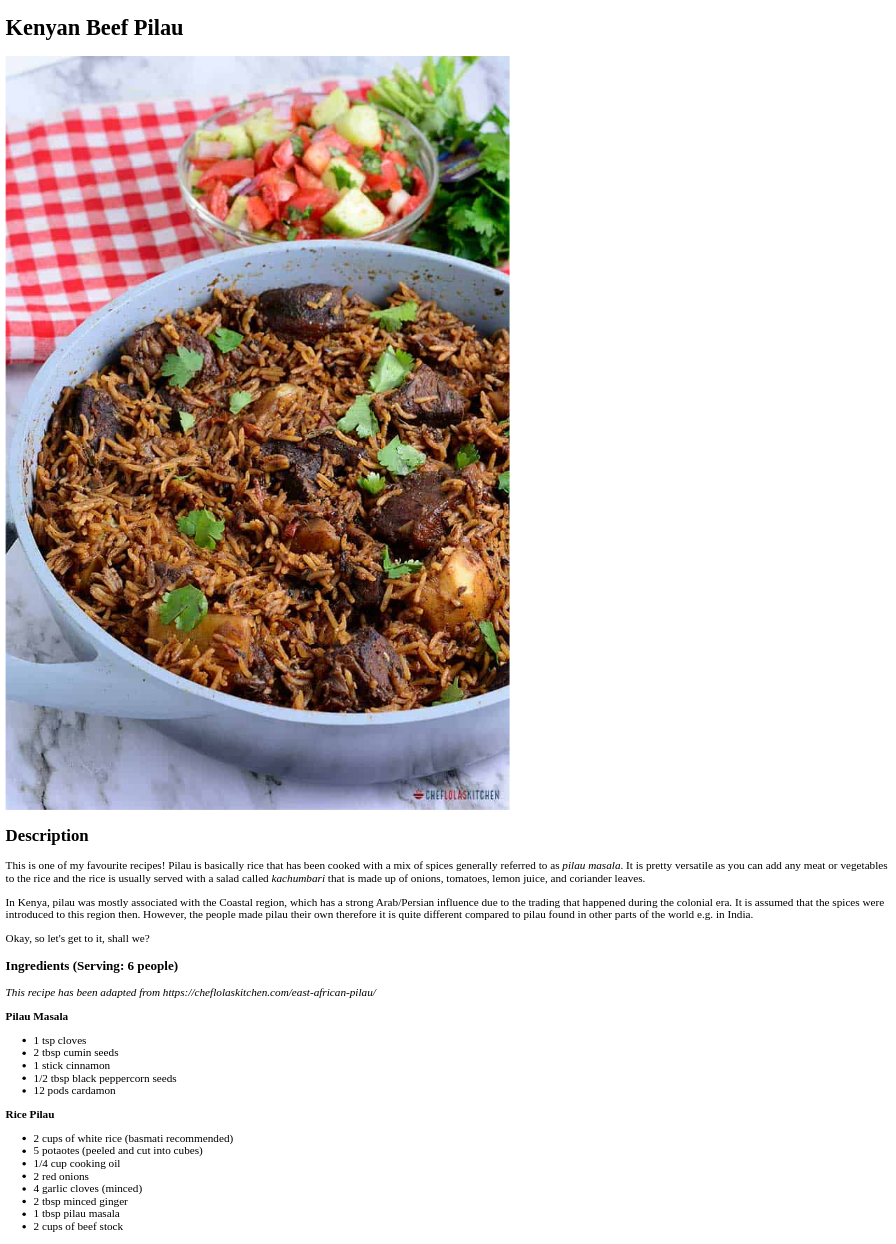
Repository: IanaAmke/odin-recipes
Page: recipes/pilau.html
An editor plug-in stored every save of this project. The page is shown before and after the next save, followed by the edit.
The browser window is 1280 px wide. The pictures show the whole page, at 70% of full size.

Above is the page before, as saved 2022-06-05 18:43:24.

### recipes/pilau.html
<!DOCTYPE html>
<html lang="en-GB">

<head>
    <meta charset="UTF-8">
    <title>Pilau Recipe</title>
</head>

<body>
    <h1>Kenyan Beef Pilau</h1>

    <img src="./img/pilau.jpg" alt="beef pilau rice with potatoes">

    <h2>Description</h2>

    <p>This is one of my favourite recipes! Pilau is basically rice that has been cooked with a mix of spices generally referred to as <i>pilau masala</i>. It is pretty versatile as you can add any meat or vegetables to the rice and the rice is usually served
        with a salad called <i>kachumbari</i> that is made up of onions, tomatoes, lemon juice, and coriander leaves.</p>

    <p>In Kenya, pilau was mostly associated with the Coastal region, which has a strong Arab/Persian influence due to the trading that happened during the colonial era. It is assumed that the spices were introduced to this region then. However, the people
        made pilau their own therefore it is quite different compared to pilau found in other parts of the world e.g. in India.</p>

    <p>Okay, so let's get to it, shall we?</p>

    <h3>Ingredients (Serving: 6 people)</h3>
    <p><em>This recipe has been adapted from https://cheflolaskitchen.com/east-african-pilau/</em></p>

    <p><strong>Pilau Masala</strong></p>
    <ul>
        <li>1 tsp cloves</li>
        <li>2 tbsp cumin seeds</li>
        <li>1 stick cinnamon</li>
        <li>1/2 tbsp black peppercorn seeds</li>
        <li>12 pods cardamon</li>
    </ul>

    <p><strong>Rice Pilau</strong></p>
    <ul>
        <li>2 cups of white rice (basmati recommended)</li>
        <li>5 potaotes (peeled and cut into cubes)</li>
        <li>1/4 cup cooking oil</li>
        <li>2 red onions</li>
        <li>4 garlic cloves (minced)</li>
        <li>2 tbsp minced ginger</li>
        <li>1 tbsp pilau masala</li>
        <li>2 cups of beef stock</li>
    </ul>

</body>

</html>

After the next save:
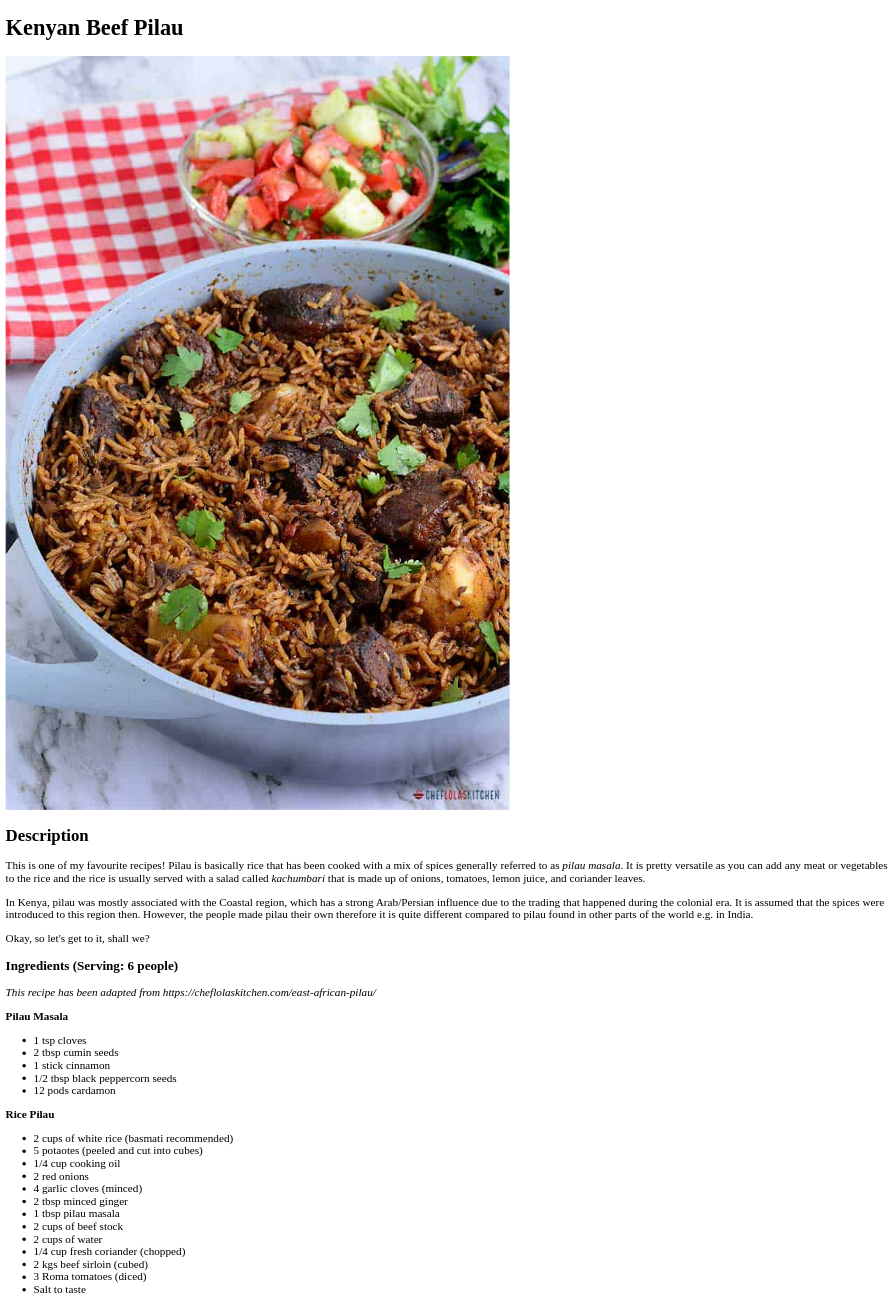
Saved 106 s later.
--- a/recipes/pilau.html
+++ b/recipes/pilau.html
@@ -43,6 +43,11 @@
         <li>2 tbsp minced ginger</li>
         <li>1 tbsp pilau masala</li>
         <li>2 cups of beef stock</li>
+        <li>2 cups of water</li>
+        <li>1/4 cup fresh coriander (chopped)</li>
+        <li>2 kgs beef sirloin (cubed)</li>
+        <li>3 Roma tomatoes (diced)</li>
+        <li>Salt to taste</li>
     </ul>
 
 </body>
